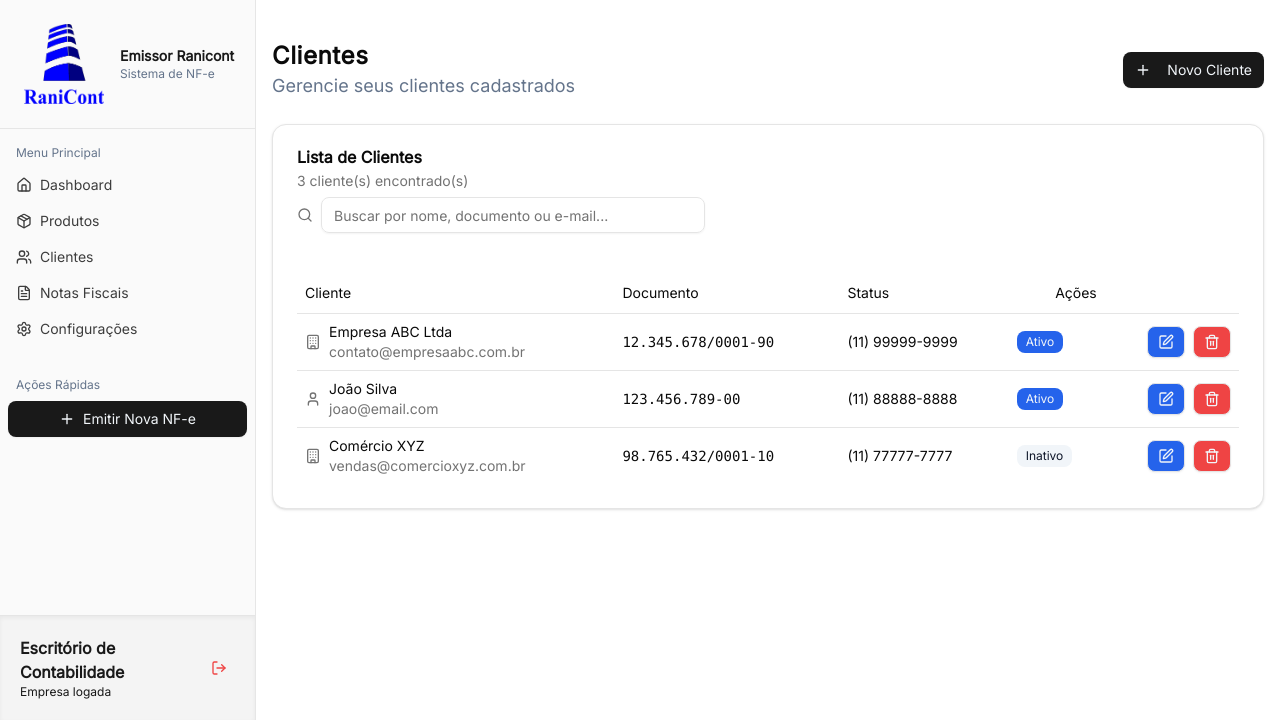
Repository: vinimx/emissor-ranicont
Page: /clientes
These files come from the project's save history. The page is drawn as it stood at one moment and after the next save; the edit follows.
The browser window is 1280 px wide. The pictures show the whole page.
The project was rebuilt for these pictures with package versions that can differ from the ones it lists, and the page was loaded fresh each time. Also part of the build but not shown: vite.config.js, src/components/ui/label.jsx, src/components/Auth/Login/index.jsx, src/components/Auth/Cadastrar/index.jsx, src/components/ui/separator.jsx, src/components/ui/skeleton.jsx, src/components/Dashboard/index.jsx, src/components/ui/select.jsx and 3 more.

Above is the page before, as saved 2025-06-23 21:39:52.

After the next save:
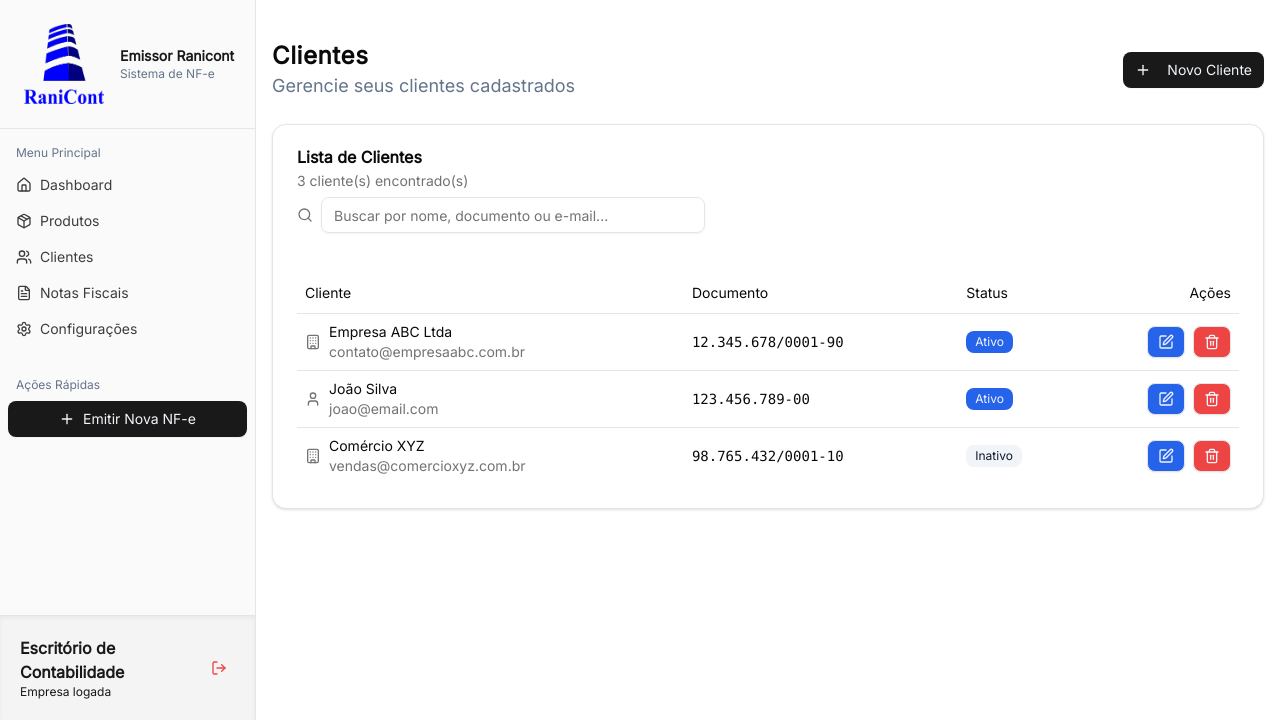
Saved 38 s later.
--- a/src/components/Clientes/index.jsx
+++ b/src/components/Clientes/index.jsx
@@ -334,9 +334,6 @@ export default function Clientes() {
                           </div>
                         </TableCell>
                         <TableCell>
-                          <div className="text-sm">{cliente.telefone}</div>
-                        </TableCell>
-                        <TableCell>
                           <Badge
                             variant={
                               cliente.status === "Ativo"
